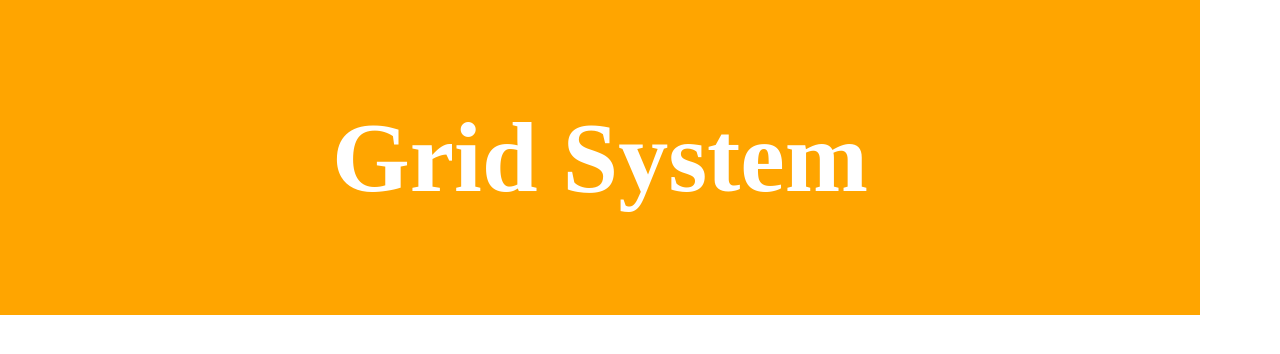
Repository: longtn213/Frond_end_HTML-CSS
Page: Front-End/DemoGrid/index.html
These files come from the project's save history. The page is drawn as it stood at one moment and after the next save; the edit follows.
The browser window is 1280 px wide. The pictures show the whole page.

Above is the page before, as saved 2021-09-21 15:10:53.

After the next save:
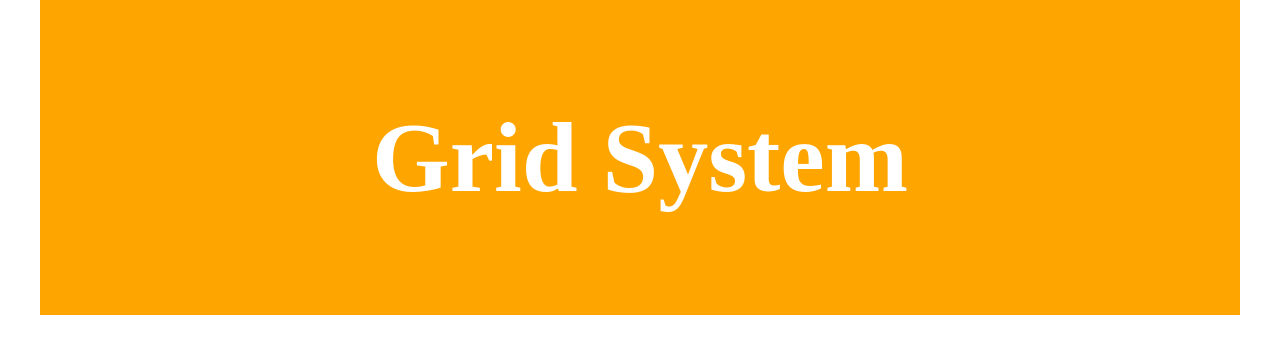
Saved 22 s later.
--- a/Front-End/DemoGrid/grid.css
+++ b/Front-End/DemoGrid/grid.css
@@ -7,5 +7,5 @@
 
 .grid.wide{
     max-width: 1200px;
-    margin: auto 0;
+    margin: 0 auto;
 }
